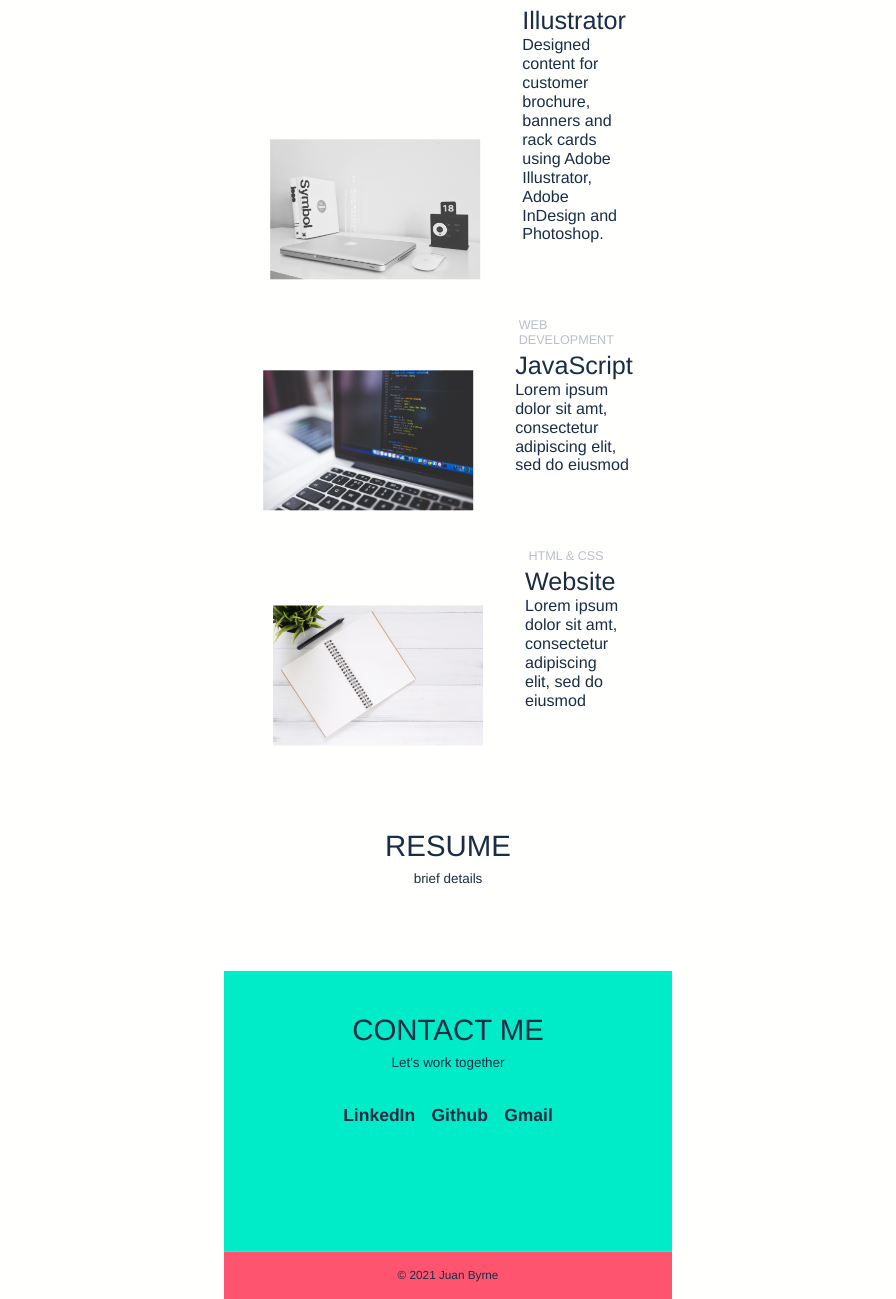
Repository: jb150524/JB-Portfolio
Page: index.html
These files come from the project's save history. The page is drawn as it stood at one moment and after the next save; the edit follows.
The browser window is 1280 px wide. The pictures show the part of the page from y = 2370 to 4290 px (the page is 4226 px tall before and 4290 px after), at 70% of full size.
Some icons come from a web library that is not loaded, so they are not drawn.

Above is the page before, as saved 2021-07-24 22:15:42.

After the next save:
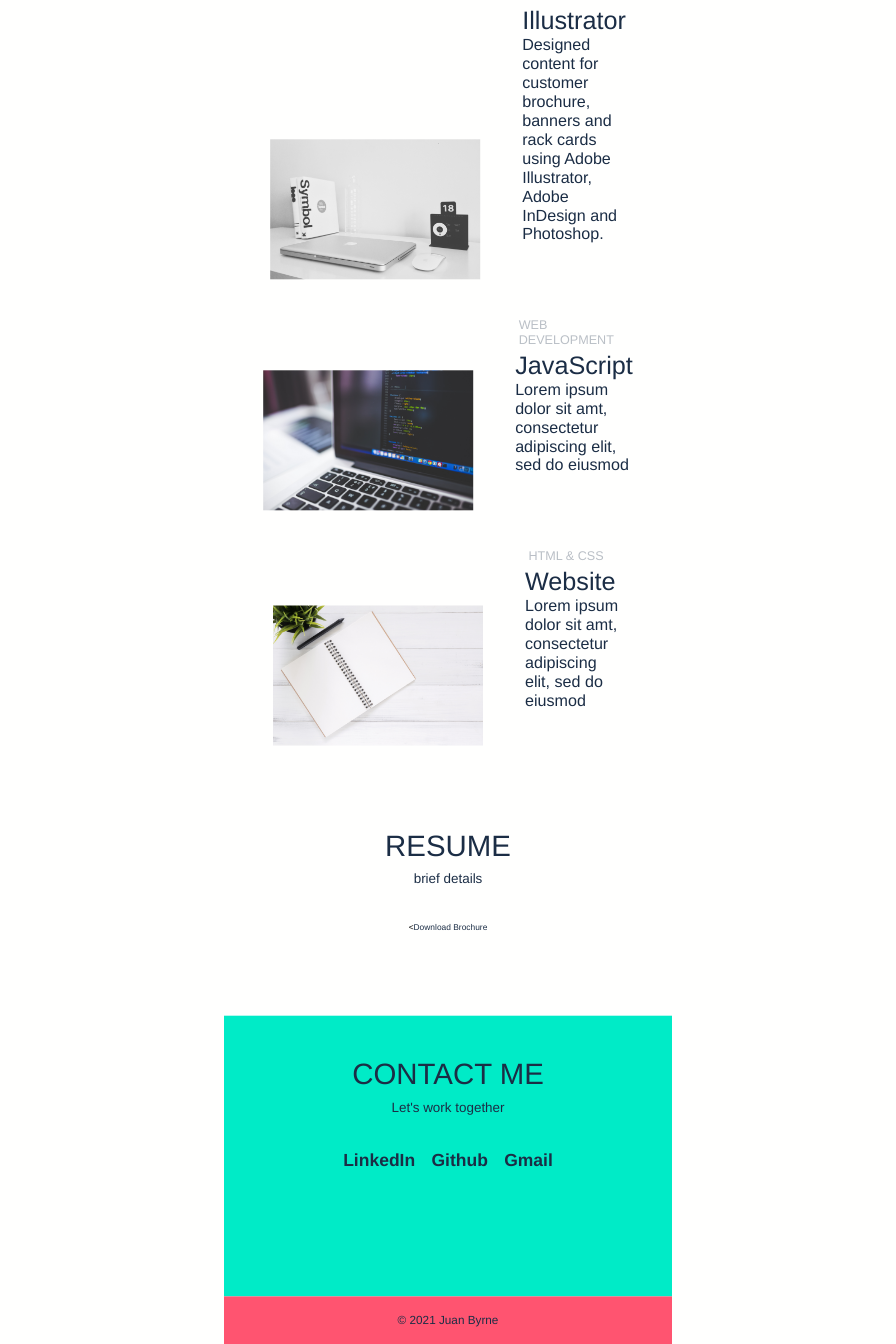
Saved 2 min 29 s later.
--- a/index.html
+++ b/index.html
@@ -139,7 +139,7 @@
         <div class="section-heading">
         <h1>Resume</h1>
         <h6>brief details</h6>
-        <link JB-Portfolio/JB-Portfolio/JByrne Resume 2021 Final.pdf />
+        <<a href="JuanByrne Resume 2021 Final.pdf">Download Brochure</a>
         </p>
         </div>
 
